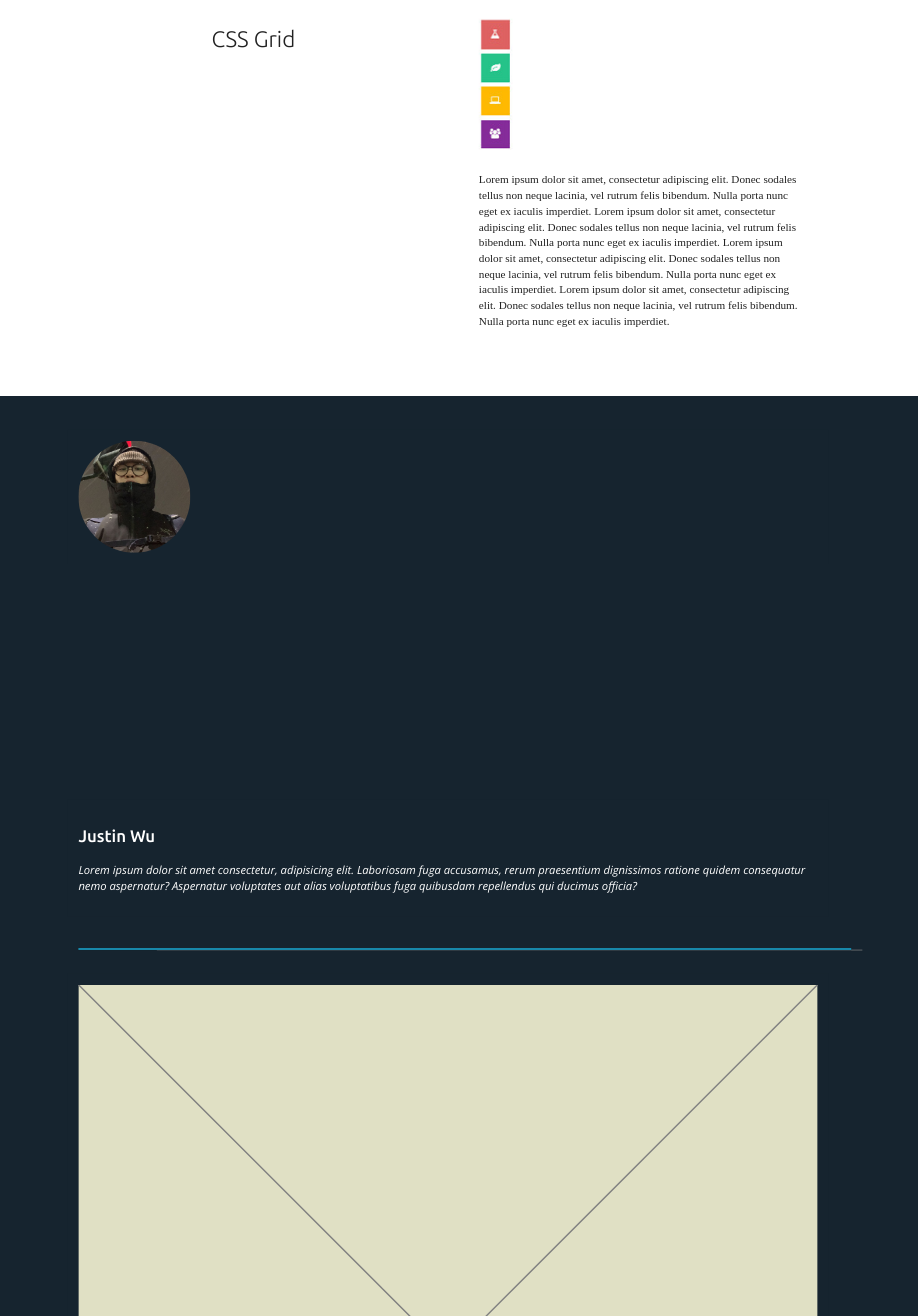
Repository: justinweiyungwu/week4project1v2
Page: cssgrid/index.html
These files come from the project's save history. The page is drawn as it stood at one moment and after the next save; the edit follows.
The browser window is 1280 px wide. The page is 1312 px wide, so the pictures cover 1312 px, including what lies to the right of the window. The pictures show the part of the page from y = 2514 to 4394 px (the page is 11701 px tall before and 11660 px after), at 70% of full size.

Above is the page before, as saved 2023-02-03 15:19:21.

### cssgrid/index.html
<!doctype html>
<html class="no-js" lang="en">

<head>
    <meta charset="utf-8">
    <title>Metrolics: Justin, Kyle, Jacob</title>
    <meta name="description" content="">
    <meta name="viewport" content="width=device-width, initial-scale=1">

    <link rel="manifest" href="site.webmanifest">
    <link rel="apple-touch-icon" href="icon.png">
    <!-- Place favicon.ico in the root directory -->

    <!-- Google Fonts used in Metrolics layout -->
    <link rel="preconnect" href="https://fonts.googleapis.com">
    <link rel="preconnect" href="https://fonts.gstatic.com" crossorigin>
    <link
        href="https://fonts.googleapis.com/css2?family=Open+Sans:ital,wght@0,400;0,700;1,400&family=Ubuntu:ital,wght@0,300;0,500;1,300&display=swap"
        rel="stylesheet">

    <link rel="stylesheet" href="css/normalize.css">
    <link rel="stylesheet" href="css/main.css">

    <meta name="theme-color" content="#fafafa">
</head>

<body>
    <header>
        <div class="navbar">
            <div class="item1">
                <h1>Metrolics</h1>
            </div>
            <div class="item2">
                <img class="menu" src="img/burger.png" alt="menu">
            </div>


        </div>


    </header>
    <div class="top row-col-container">
        <div class="row">
            <div class="col">
                <h1 class="top-rol-col-text">Hello guys!
                    This is the Metrolics theme. It sports a responsive layout with a mobile layout.
                </h1>
            </div>
        </div>
    </div>
    <div class="s-hide m-hide">
        <div class="row">
            <div class="col">
                <h1>CSS Grid</h1>
            </div>
        </div>
    </div>
    <div class="top title-container">
        <h1 class="top-title">Things That We Do</h1>
        <p>Ask us what we can do for you</p>
    </div>
    <div class="middle row-col-container">
        <div class="row m-col-2 l-col-4">
            <div class="col">

                <img src="img/Web-Solution-Icon.png" alt="">
            </div>
            <div class="col">
                <img src="img/Photography-Icon.png" alt="">
            </div>
            <div class="col">
                <img src="img/Web-Development-Icon.png" alt="">
            </div>
            <div class="col">
                <img src="img/Web-Design-Icon.png" alt="">
            </div>
        </div>
    </div>

    <div class="title-container">
        <h1 class="middle-title">What's Up Lately?</h1>
        <p>Read up on our latest work</p>
    </div>

<div class="row m-col-2 l-col-3">
    <div class="sml-photo col">
        <img src="img/Dj-Deck.png" alt="image">
        <div class="row-bottom-col">
            <div class="left-text">
                <h2>Sample Photo Post</h2>
                <p>Photography</p>
            </div>
            <div class="right-box">
                <img src="img/camera.png" alt="image">
            </div>
        </div>
    </div>
    <div class="sml-photo col">
        <img src="img/Dj-Deck.png" alt="image">
        <div class="row-bottom-col">
            <div class="left-text">
                <h2>Sample Photo Post</h2>
                <p>Photography</p>
            </div>
            <div class="right-box">
                <img src="img/camera.png" alt="image">
            </div>
        </div>
    </div>
    <div class="sml-photo col">
        <img src="img/Dj-Deck.png" alt="image">
        <div class="row-bottom-col">
            <div class="left-text">
                <h2>Sample Photo Post</h2>
                <p>Photography</p>
            </div>
            <div class="right-box">
                <img src="img/camera.png" alt="image">
            </div>
        </div>
    </div>

    <div class="sml-photo mission col">
        <img src="img/mission.jpg" alt="image">
        <div class="row-bottom-col">
            <div class="left-text">
                <h2>Sample Photo Post</h2>
                <p>Photography</p>
            </div>
            <div class="right-box">
                <img src="img/camera.png" alt="image">
            </div>
        </div>
    </div>
</div>
        <div class="title-container">
            <h1>Our Latest Projects</h1>
            <p>Cilent happy? We are happy.</p>
        </div>

    <div class="row m-col-2 l-col-3">
    <div class="sml-photo col">
        <img src="img/Dj-Deck.png" alt="image">
        <div class="row-bottom-col">
            <div class="left-text">
                <h2>Sample Photo Post</h2>
                <p>Photography</p>
            </div>
            <div class="right-box">
                <img src="img/camera.png" alt="image">
            </div>
        </div>
    </div>
    <div class="sml-photo col">
        <img src="img/Dj-Deck.png" alt="image">
        <div class="row-bottom-col">
            <div class="left-text">
                <h2>Sample Photo Post</h2>
                <p>Photography</p>
            </div>
            <div class="right-box">
                <img class="icon" src="img/camera.png" alt="image">
            </div>
        </div>
    </div>


    <div class="sml-photo col">
        <img src="img/Dj-Deck.png" alt="image">
        <div class="row-bottom-col">
            <div class="left-text">
                <h2>Sample Photo Post</h2>
                <p>Photography</p>
            </div>
            <div class="right-box">
                <img src="img/camera.png" alt="image">
            </div>
        </div>
    </div>


    <div class="sml-photo col">
        <img src="img/Dj-Deck.png" alt="image">
        <div class="row-bottom-col">
            <div class="left-text">
                <h2>Sample Photo Post</h2>
                <p>Photography </p>
            </div>
            <div class="right-box">
                <img src="img/camera.png" alt="image">
            </div>
        </div>
    </div>



    <div class="sml-photo col">
        <img src="img/Dj-Deck.png" alt="image">
        <div class="row-bottom-col">
            <div class="left-text">
                <h2>Sample Photo Post</h2>
                <p>Photography</p>
            </div>
            <div class="right-box">
                <img src="img/camera.png" alt="image">
            </div>
        </div>
    </div>
    <div class="sml-photo col">
        <img src="img/Dj-Deck.png" alt="image">
        <div class="row-bottom-col">
            <div class="left-text">
                <h2>Sample Photo Post</h2>
                <p>Photography</p>
            </div>
            <div class="right-box">
                <img src="img/camera.png" alt="image">
            </div>
        </div>
    </div>
    </div>
    </div>
</div>


    <div class="bottom">
        <div class="row m-col-3 l-col-2">
            <div class="col m-row-span">
                <div class="grid m-col-3">
                    <div class="col">
                        <h1>Grid</h1>
                    </div>
                    <div class="col">
                        <h1>Grid</h1>
                    </div>
                    <div class="col">
                        <h1>Grid</h1>
                    </div>

                </div>
            </div>
            <div class="col">
                <h1>CSS Grid</h1>
            </div>
            <div class="col">
                <h1>CSS Grid</h1>
            </div>
            <div class="col">
                    <div class="bottom-icons">
                        <img src="img/Potion-Icon.png">
                        <img src="img/Leaf-Icon.png">
                        <img src="img/Computer-Icon.png">
                        <img src="img/People-Icon.png">
                    </div>
                    <div class="col">
                        Lorem ipsum dolor sit amet, consectetur adipiscing elit. Donec sodales tellus non neque lacinia, vel rutrum felis bibendum. Nulla porta nunc eget ex iaculis imperdiet.
                        Lorem ipsum dolor sit amet, consectetur adipiscing elit. Donec sodales tellus non neque lacinia, vel rutrum felis bibendum. Nulla porta nunc eget ex iaculis imperdiet.
                        Lorem ipsum dolor sit amet, consectetur adipiscing elit. Donec sodales tellus non neque lacinia, vel rutrum felis bibendum. Nulla porta nunc eget ex iaculis imperdiet.
                        Lorem ipsum dolor sit amet, consectetur adipiscing elit. Donec sodales tellus non neque lacinia, vel rutrum felis bibendum. Nulla porta nunc eget ex iaculis imperdiet.
                    </div>
            </div>
        </div>
    </div>
    <footer>
        <div class="footer-grid-container">
            <div class="top-footer-image row">
                <div class="top-footer col">
                    <img class="footer-image" src="img/me.jpg" alt="image">
                </div>
            </div>
            <div class="top-footer-info row">
                <div class="top-footer col">
                    <h2>Justin Wu</h2>
                    <p>Lorem ipsum dolor sit amet consectetur, adipisicing elit.
                        Laboriosam fuga accusamus, rerum praesentium dignissimos ratione quidem consequatur nemo
                        aspernatur? Aspernatur voluptates aut alias voluptatibus fuga quibusdam repellendus qui ducimus
                        officia?</p>
                </div>
            </div>
        </div>
        <hr class="top-footer border">
        <hr class="top-footer border1">
        <div class="mid-footer row">
            <div class="mid-footer col">
                <img src="placeholder.svg" alt="">
                <img src="placeholder.svg" alt="">
                <img src="placeholder.svg" alt="">
                <img src="placeholder.svg" alt="">
                <img src="placeholder.svg" alt="">
            </div>
            <div class="mid-footer col">
                <h2>Recent Tweets</h2>
                <hr class="title-border">
            </div>
            <div class="grid-container two">
                <div class="bottom-footer row">
                    <div class="bottom-footer col">
                        <img src="placeholder.svg" alt="">
                        <img src="placeholder.svg" alt="">
                    </div>
                </div>
                <div class="bottom-footer row">
                    <div class="bottom-footer col">
                        <p>Lorem ipsum dolor sit amet consectetur adipisicing elit. Provident fuga ad cum beatae,
                            eveniet hic incidunt commodi aperiam eligendi alias adipisci delectus quas quaerat sunt
                            accusantium dignissimos id esse possimus.</p>
                        <p>Lorem ipsum dolor sit amet consectetur adipisicing elit. Provident fuga ad cum beatae,
                            eveniet hic incidunt commodi aperiam eligendi alias adipisci delectus quas quaerat sunt
                            accusantium dignissimos id esse possimus.</p>
                    </div>
                </div>
            </div>
        </div>
    </footer>
    <script src="js/vendor/modernizr-3.11.2.min.js"></script>
    <script src="js/plugins.js"></script>
    <script src="js/main.js"></script>

</body>

</html>

### cssgrid/css/main.css
/* ==========================================================================
    [Table of contents]

    1. BASE
        1.1 Page Rendering Defaults
        1.2 Core Styling
        1.3 Typography
    2. LAYOUT
        2.1 Core Layout
        2.2 Small only
        2.3 medium and up
        2.4 Medium only
        2.5 large screens and up
        2.6 Large only
    3. MODULES
    4. STATES
    5. THEME
    6. UTILITY classes
    7. PRINT

    refer to http://smacss.com/
    ========================================================================== */


/* ==========================================================================
   BASE
   ========================================================================== */


/* 1.1 Page Rendering Defaults */

html {
    color: #222;
    font-size: 1em;
    line-height: 1.4;

}

::-moz-selection {
    background: #b3d4fc;
    text-shadow: none;
}

::selection {
    background: #b3d4fc;
    text-shadow: none;
}

hr {
    display: block;
    height: 1px;
    border: 0;
    border-top: 1px solid #ccc;
    margin: 1em 0;
    padding: 0;
}

audio,
canvas,
iframe,
img,
svg,
video {
    vertical-align: middle;
}

fieldset {
    border: 0;
    margin: 0;
    padding: 0;
}

textarea {
    resize: vertical;
}


/* 1.2 Core Styling */


/* refer to https://css-tricks.com/box-sizing/ */

*,
*:before,
*:after {
    box-sizing: border-box;
}
.bottom-icons{
width: 5rem;
gap: 5rem;
}

img {
    width: 100%;
}


/* 1.3 Typgraphy */

h1,
h2,
h3,
h4,
h5,
h6 {
    font-family: Ubuntu, sans-serif;
    font-weight: 300;
    text-align: center;
}

p {
    font-family: 'Open Sans', Arial, Helvetica, sans-serif;
}
.title-container p {
    font-size: 0.9em;
    color: gray;
}

.left-text h2{
    font-size: 20px;
    font-weight: 500;
    color: #fff;
}
.left-text p{
    font-size: 14px;
    font-weight: 400;
    color: #fff;
}


.top-footer-info p {
    font-style: italic;
}
.top-footer-info h2 {
    text-align: left;
    font-weight: 400;
}
.border {
    border-color: gray;
    position: relative;
    right: -1em;
    margin-left: 9em;
    z-index: 1;

}

.border1 {
border-color: #19b2de;
margin-top: -1.2em;
margin-left: 3em;
border-width: 2px;
z-index: 2;


}
.title-border {
    border-color: red;
}

.mid-footer h2{
     text-align: left;

}

/* ==========================================================================
   2. LAYOUT
   ========================================================================== */
.menu
{
    min-width: 3em;
    max-width: 3em;
}

/* Helper to display empty layout containers*/

div,
main,
section,
footer,
header {

    min-height: 1rem;
    padding: 1rem;
}



/* 2.1 Core layout */

.row {
    display: grid;
    row-gap: 1rem;
}

.col {
    position: relative;
    background-color: rgb(255, 255, 255);
    object-fit: fill;
}
.top {
    margin-top: -4em;
    margin-bottom: -2em;
}
.title-container {
    display: grid;
text-align: center;
justify-content: center;
line-height: 0.7em;
}

.navbar {
    display: grid;
    align-items: center;
  grid-template-columns: 3fr 1fr;
  gap: 4em;

}
/*photo box*/

.sml-photo img{
    max-height: 15em;
    object-fit: cover;
}
.row-bottom-col {
    display: grid;
    grid-template-columns: 3fr 1fr;
    background-color: #19b2de;
    padding: 0%;
}

.left-text {
    display: flex;
    flex-wrap: wrap;
    align-items: flex-start;
    flex-direction: column;
line-height: 0em;
min-width: 90%;
}
.right-box {
   max-width: 6em;
}

/*end*/

/*footer*/

footer {
 display: grid;
 justify-content: center;
    background-color: #16242f;
    margin: 2em -2em -2em -2em;
    padding: 1em;
}
.footer-grid-container{
    align-items: flex-start;
    justify-content: center;
}
.top-footer-image {
    padding-bottom: 20em;
}


.footer-image {

    object-fit: cover;
    border-radius: 50%;
    min-width: 10em;
    min-height: 10em;
    max-height: 10em;
    max-width: 10em;

}
.top-footer, .mid-footer, .bottom-footer{
 background-color: #16242f;
 color: #fff;
}
/*end*/

/* 2.2 Small only */

@media screen and (max-width: 39.9375em) {

    body {
        padding: 2em;
    }
    .s-hide {
        display: none;

    }



 .grid-container {
    display: grid;
 }



       .bottom {
        display: none;
       }
     .footer-grid-container {
        display: grid;
        grid-template-columns: 0fr 1fr;
        margin-bottom: 2em;

     }
     .two {
        margin-bottom: 8rem;

     }
    }



/* 2.3 medium and up */

@media screen and (min-width: 40em) {
    .row {
        max-width: 70rem;
        column-gap: 1.5rem;
        row-gap: 1.5rem;
        margin: 0 auto;
    }
    .grid {
        display: grid;
        column-gap: 0.5rem;
        row-gap: 0.5rem;
    }
    .title-container {
        max-width: 100%;
    }
    .m-col-2 {
        grid-template-columns: 1fr 1fr;
    }
    .m-col-3 {
        grid-template-columns: repeat(3, 1fr);
    }
    .m-col-4 {
        grid-template-columns: repeat(4, 1fr);
    }
    .m-col-5 {
        grid-template-columns: repeat(5, 1fr);
    }
    .m-1-2 {
        grid-template-columns: 1fr 2fr;
    }
}


/* 2.4 Medium only */

@media screen and (min-width: 40em) and (max-width: 63.9375em) {
    .m-row-span {
        grid-column-start: 1;
        grid-column-end: -1;
    }
    .m-hide {
        display: none;
    }

}


/* 2.5 large screens and up 2.6 Large only */

@media screen and (min-width: 64em) {
    .l-col-2 {
        grid-template-columns: 1fr 1fr;
    }
    .l-col-3 {
        grid-template-columns: repeat(3, 1fr);
    }
    .l-col-4 {
        grid-template-columns: repeat(4, 1fr);
    }
    .l-col-5 {
        grid-template-columns: repeat(5, 1fr);
    }
    .l-col-6 {
        grid-template-columns: repeat(6, 1fr);
    }
    .l-row-span {
        grid-column-start: 1;
        grid-column-end: -1;
    }
    .l-hide {
        display: none;
    }
    .left-text h2 {
        font-size: 1em;
    }
    .left-text p {
        font-size: 0.7em;
    }
    .mission {
        display: none;
    }

}


/* ==========================================================================
   2. MODULES
   ========================================================================== */


/* ==========================================================================
   2. STATES
   ========================================================================== */


/* ==========================================================================
   5. THEME
   ========================================================================== */



/* ==========================================================================
   6. UTILITY classes
   ========================================================================== */


/*
 * Hide visually and from screen readers
 */

.hidden,
[hidden] {
    display: none !important;
}


/*
 * Hide only visually, but have it available for screen readers:
 * https://snook.ca/archives/html_and_css/hiding-content-for-accessibility
 *
 * 1. For long content, line feeds are not interpreted as spaces and small width
 *    causes content to wrap 1 word per line:
 *    https://medium.com/@jessebeach/beware-smushed-off-screen-accessible-text-5952a4c2cbfe
 */

.sr-only {
    border: 0;
    clip: rect(0, 0, 0, 0);
    height: 1px;
    margin: -1px;
    overflow: hidden;
    padding: 0;
    position: absolute;
    white-space: nowrap;
    width: 1px;
    /* 1 */
}


/*
 * Extends the .sr-only class to allow the element
 * to be focusable when navigated to via the keyboard:
 * https://www.drupal.org/node/897638
 */

.sr-only.focusable:active,
.sr-only.focusable:focus {
    clip: auto;
    height: auto;
    margin: 0;
    overflow: visible;
    position: static;
    white-space: inherit;
    width: auto;
}


/*
 * Hide visually and from screen readers, but maintain layout
 */

.invisible {
    visibility: hidden;
}


/*
 * Clearfix: contain floats
 *
 * For modern browsers
 * 1. The space content is one way to avoid an Opera bug when the
 *    `contenteditable` attribute is included anywhere else in the document.
 *    Otherwise it causes space to appear at the top and bottom of elements
 *    that receive the `clearfix` class.
 * 2. The use of `table` rather than `block` is only necessary if using
 *    `:before` to contain the top-margins of child elements.
 */

.clearfix::before,
.clearfix::after {
    content: " ";
    display: table;
}

.clearfix::after {
    clear: both;
}

@media print,
(-webkit-min-device-pixel-ratio: 1.25),
(min-resolution: 1.25dppx),
(min-resolution: 120dpi) {
    /* Style adjustments for high resolution devices */
}


/* ==========================================================================
   7. PRINT  styles.
   Inlined to avoid the additional HTTP request:
   https://www.phpied.com/delay-loading-your-print-css/
   ========================================================================== */

@media print {
    *,
    *::before,
    *::after {
        background: #fff !important;
        color: #000 !important;
        /* Black prints faster */
        box-shadow: none !important;
        text-shadow: none !important;
    }
    a,
    a:visited {
        text-decoration: underline;
    }
    a[href]::after {
        content: " (" attr(href) ")";
    }
    abbr[title]::after {
        content: " (" attr(title) ")";
    }
    /*
   * Don't show links that are fragment identifiers,
   * or use the `javascript:` pseudo protocol
   */
    a[href^="#"]::after,
    a[href^="javascript:"]::after {
        content: "";
    }
    pre {
        white-space: pre-wrap !important;
    }
    pre,
    blockquote {
        border: 1px solid #999;
        page-break-inside: avoid;
    }
    /*
   * Printing Tables:
   * https://web.archive.org/web/20180815150934/http://css-discuss.incutio.com/wiki/Printing_Tables
   */
    thead {
        display: table-header-group;
    }
    tr,
    img {
        page-break-inside: avoid;
    }
    p,
    h2,
    h3 {
        orphans: 3;
        widows: 3;
    }
    h2,
    h3 {
        page-break-after: avoid;
    }
}

### cssgrid/js/plugins.js
// Avoid `console` errors in browsers that lack a console.
(function() {
  var method;
  var noop = function () {};
  var methods = [
    'assert', 'clear', 'count', 'debug', 'dir', 'dirxml', 'error',
    'exception', 'group', 'groupCollapsed', 'groupEnd', 'info', 'log',
    'markTimeline', 'profile', 'profileEnd', 'table', 'time', 'timeEnd',
    'timeline', 'timelineEnd', 'timeStamp', 'trace', 'warn'
  ];
  var length = methods.length;
  var console = (window.console = window.console || {});

  while (length--) {
    method = methods[length];

    // Only stub undefined methods.
    if (!console[method]) {
      console[method] = noop;
    }
  }
}());

// Place any jQuery/helper plugins in here.

Loaded but not shown: cssgrid/css/normalize.css (library); cssgrid/js/vendor/modernizr-3.11.2.min.js (library); cssgrid/js/main.js (no stored copy; drawn as an empty file)

After the next save:
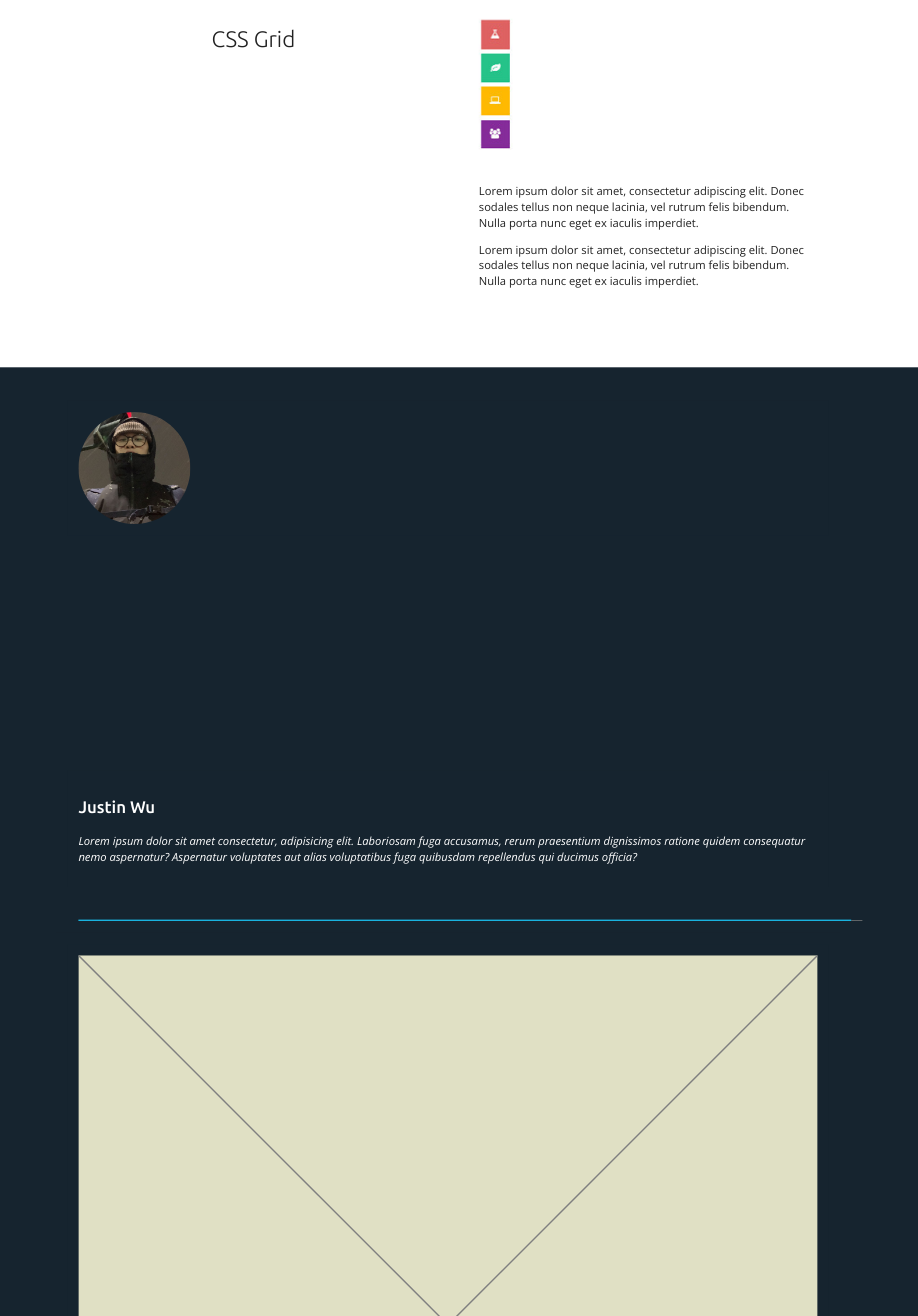
Saved 21 s later.
--- a/cssgrid/index.html
+++ b/cssgrid/index.html
@@ -253,10 +253,8 @@
                         <img src="img/People-Icon.png">
                     </div>
                     <div class="col">
-                        Lorem ipsum dolor sit amet, consectetur adipiscing elit. Donec sodales tellus non neque lacinia, vel rutrum felis bibendum. Nulla porta nunc eget ex iaculis imperdiet.
-                        Lorem ipsum dolor sit amet, consectetur adipiscing elit. Donec sodales tellus non neque lacinia, vel rutrum felis bibendum. Nulla porta nunc eget ex iaculis imperdiet.
-                        Lorem ipsum dolor sit amet, consectetur adipiscing elit. Donec sodales tellus non neque lacinia, vel rutrum felis bibendum. Nulla porta nunc eget ex iaculis imperdiet.
-                        Lorem ipsum dolor sit amet, consectetur adipiscing elit. Donec sodales tellus non neque lacinia, vel rutrum felis bibendum. Nulla porta nunc eget ex iaculis imperdiet.
+                        <p>Lorem ipsum dolor sit amet, consectetur adipiscing elit. Donec sodales tellus non neque lacinia, vel rutrum felis bibendum. Nulla porta nunc eget ex iaculis imperdiet.</p>
+                        <p>Lorem ipsum dolor sit amet, consectetur adipiscing elit. Donec sodales tellus non neque lacinia, vel rutrum felis bibendum. Nulla porta nunc eget ex iaculis imperdiet.</p>
                     </div>
             </div>
         </div>
